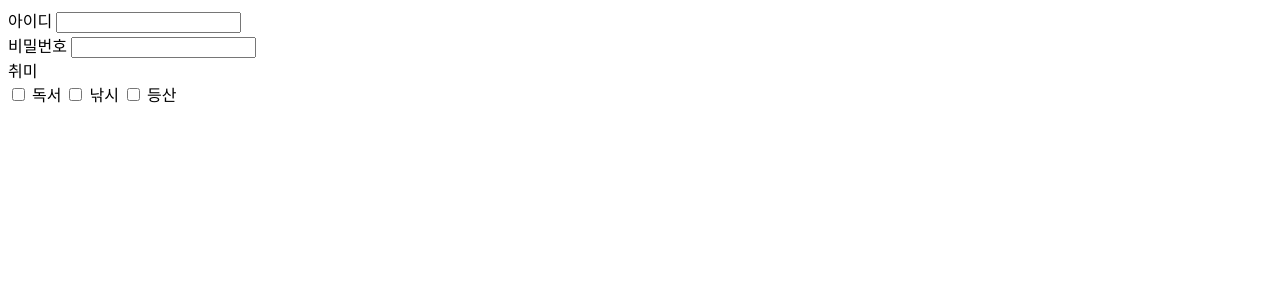
Repository: jeonjin8640/intellij
Page: http://localhost/servlet04/register.jsp
An editor plug-in stored every save of this project. The page is shown before and after the next save, followed by the edit.
The browser window is 1280 px wide. The pictures show the whole page.
The page is served by Tomcat 9.

Above is the page before, as saved 2024-01-05 00:23:13.

After the next save:
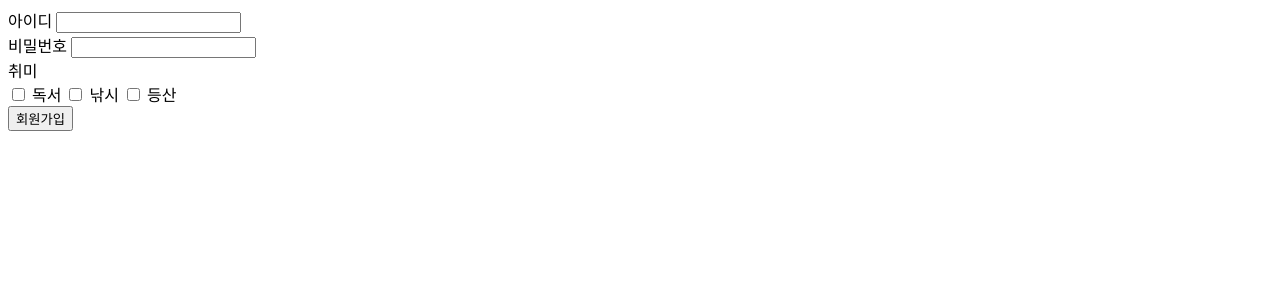
Saved 38 s later.
--- a/source/servlet04/src/main/webapp/register.jsp
+++ b/source/servlet04/src/main/webapp/register.jsp
@@ -16,6 +16,9 @@
 		<input type="checkbox" name="hobby" value="독서"> 독서
 		<input type="checkbox" name="hobby" value="낚시"> 낚시
 		<input type="checkbox" name="hobby" value="등산"> 등산
+		<br />
+
+		<input type="submit" value="회원가입" />
 	</form>
 </body>
 </html>
